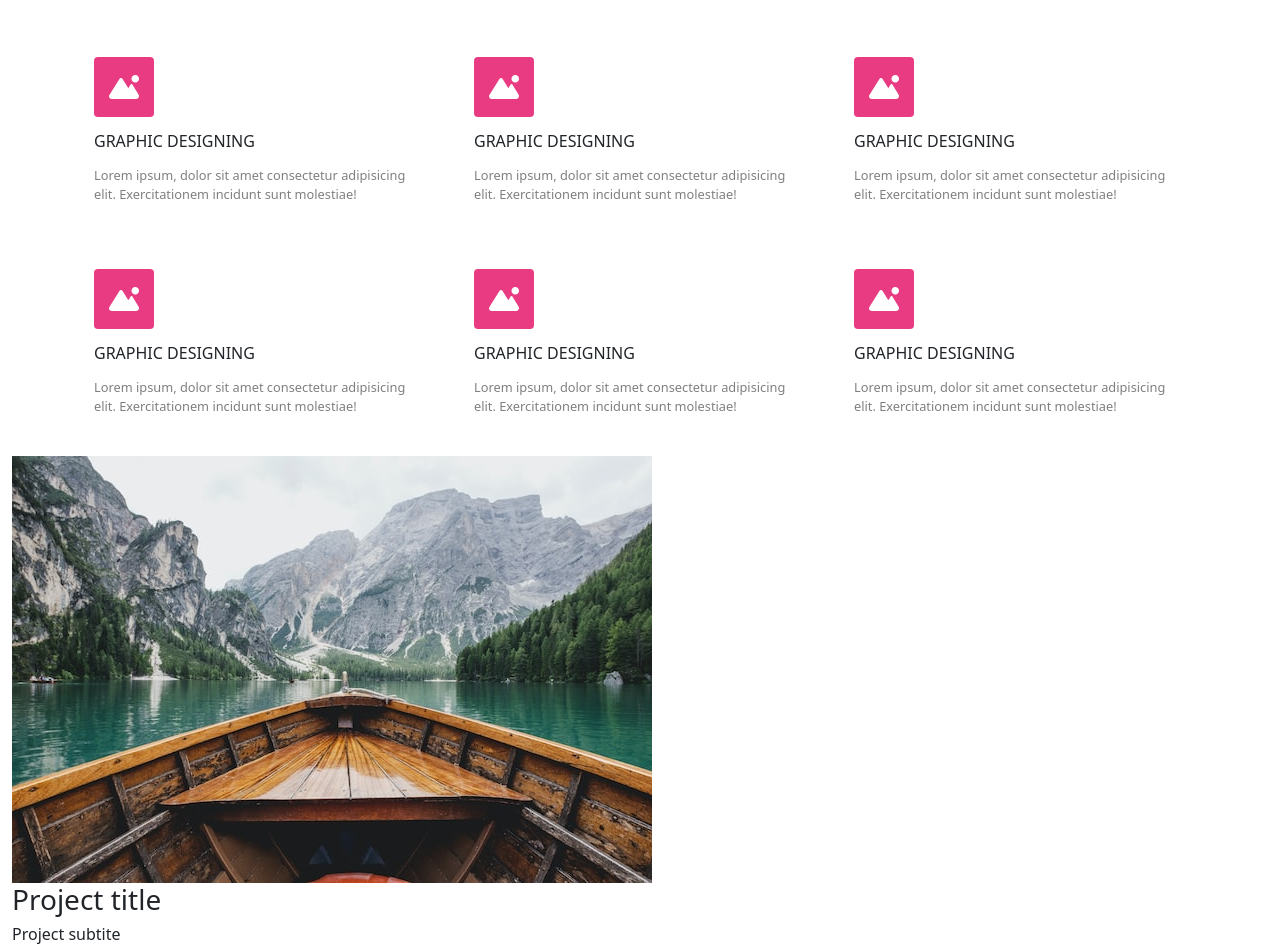
Repository: lhggiang/CaseStudy
Page: index.html
These files come from the project's save history. The page is drawn as it stood at one moment and after the next save; the edit follows.
The browser window is 1280 px wide. The pictures show the part of the page from y = 941 to 1893 px (the page is 1893 px tall before and 1397 px after).
Backgrounds fixed to the window are drawn as part of the page. Some web libraries are served in a nearby version. The style sheet was rebuilt from its Sass, Less or Tailwind sources for each picture, by a compiler version that may differ from the author's.

Above is the page before, as saved 2023-02-22 15:20:54.

After the next save:
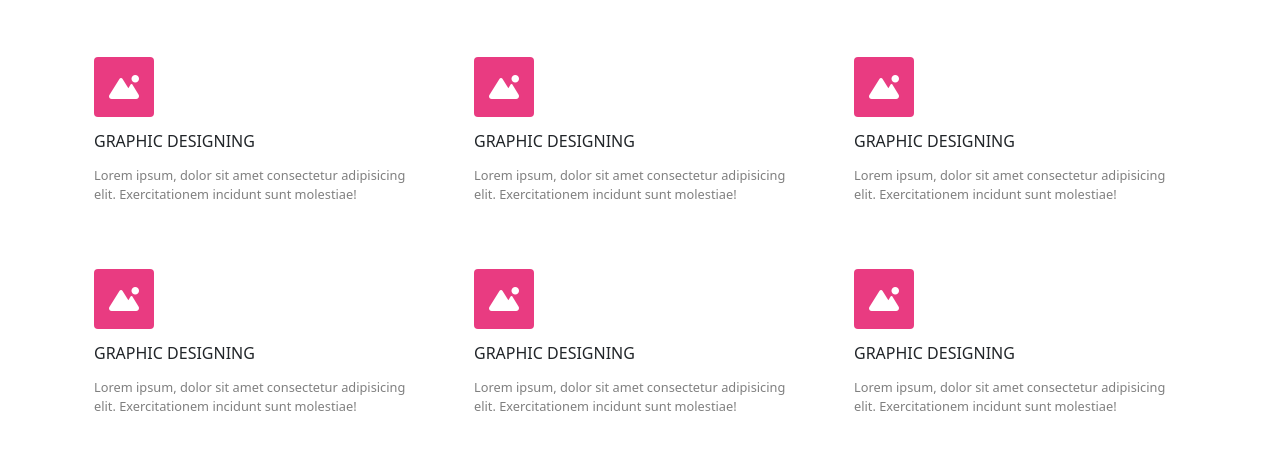
Saved 24 s later.
--- a/index.html
+++ b/index.html
@@ -132,18 +132,9 @@
         </div>
     </div>
     <!-- Portfolio -->
-    <div class="portfolio row container">
-        <div class="col-lg-4 col-sm-6">
-            <div class="portfolio-item">
-                <img src="img/p1.jpg" alt="">
-                <div class="portfolio-overlay">
-                    <div>
-                        <h3>Project title</h3>
-                        <h6>Project subtite</h6>
-                    </div>
-                </div>
-            </div>
-        </div>
+    <div class="container">
+        <div class="portfolio row"></div>
+    </div>
 </body>
 <script src="https://cdn.jsdelivr.net/npm/bootstrap@5.3.0-alpha1/dist/js/bootstrap.bundle.min.js"
     integrity="sha384-w76AqPfDkMBDXo30jS1Sgez6pr3x5MlQ1ZAGC+nuZB+EYdgRZgiwxhTBTkF7CXvN"
